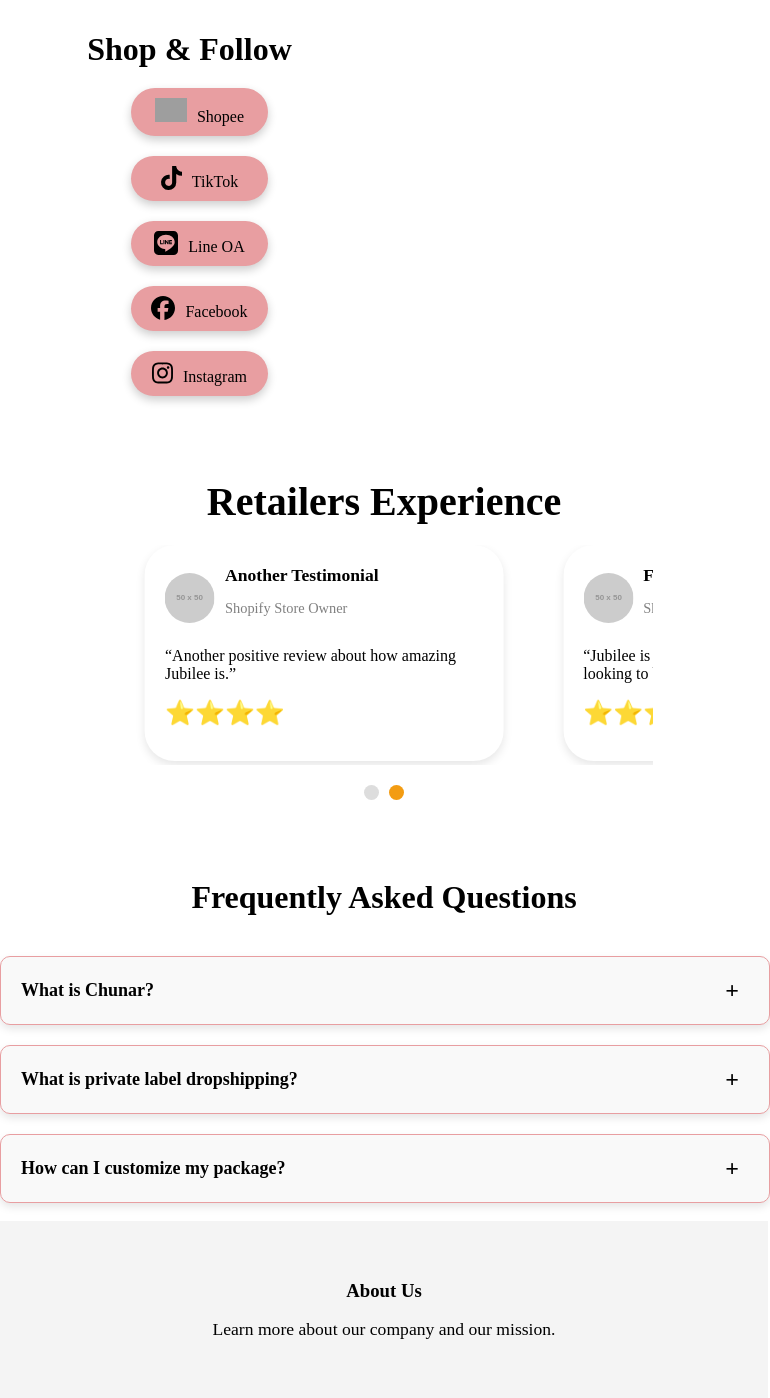
Repository: Nn-Exe/chunar-ecommerce
Page: / (app in ecommerce-frontend/)
An editor plug-in stored every save of this project. The page is shown before and after the next save, followed by the edit.
The browser window is 768 px wide. The page is 770 px wide, so the pictures cover 770 px, including what lies to the right of the window. The pictures show the part of the page from y = 1637 to 3035 px (the page is 3035 px tall before and 3027 px after).
Pictures or frames that could not be fetched are drawn as grey boxes. The page's requests for data from a server got no answer. The project was rebuilt for these pictures with package versions that can differ from the ones it lists, and the page was loaded fresh each time. No one was signed in, and anything a server would have sent is missing.

Above is the page before, as saved 2024-09-12 17:41:35.

After the next save:
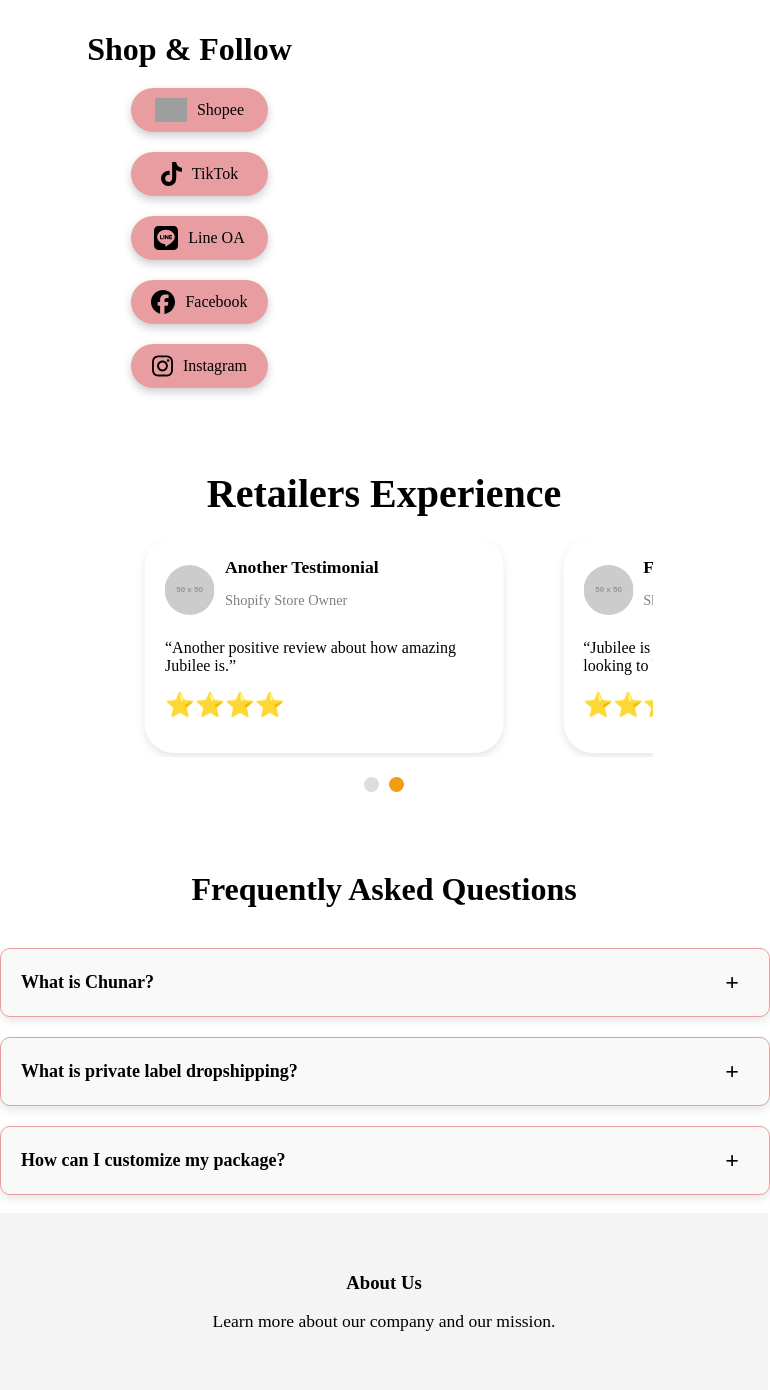
Saved 20 s later.
--- a/ecommerce-frontend/src/App.css
+++ b/ecommerce-frontend/src/App.css
@@ -542,7 +542,7 @@ nav ul li a {
 
 
   .link-block {
-    display: inline;
+    display: flex;
     align-items: center;
     justify-content: center;
     padding: 10px;
